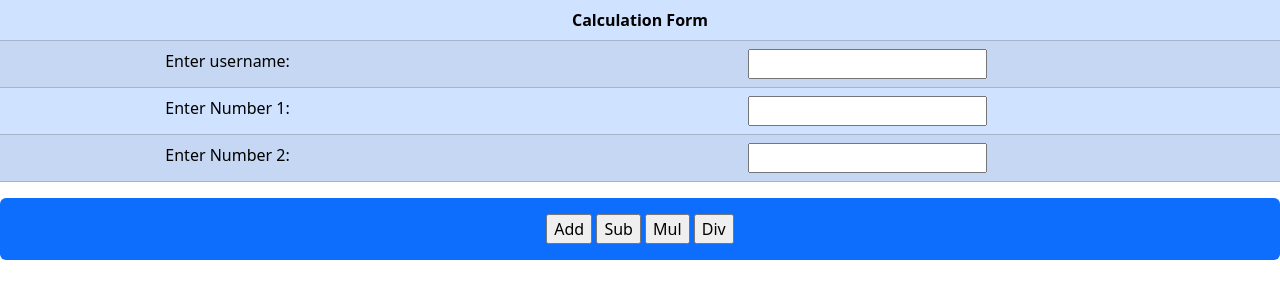
Repository: nyeinsu4520/coursera-test
Page: http://localhost/J2P_J2EE/calculation_form.jsp
An editor plug-in stored every save of this project. The page is shown before and after the next save, followed by the edit.
The browser window is 1280 px wide. The pictures show the whole page.
The page is served by Tomcat 9.

Above is the page before, as saved 2024-05-26 12:36:45.

After the next save:
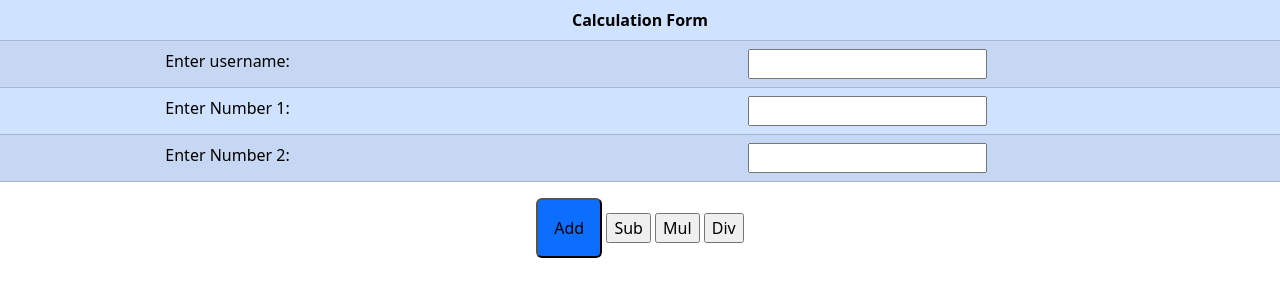
Saved 14 s later.
--- a/J2P_J2EE/src/main/webapp/calculation_form.jsp
+++ b/J2P_J2EE/src/main/webapp/calculation_form.jsp
@@ -30,8 +30,8 @@
   	</tr>
   	</tbody>
 	</table>
-	<div class="text-center bg-primary p-3 rounded">
-	<input type="submit" value="Add">
+	<div class="text-center">
+	<input class="bg-primary p-3 rounded" type="submit" value="Add">
 	<input type="submit" value="Sub">
 	<input type="submit" value="Mul">
 	<input type="submit" value="Div">
